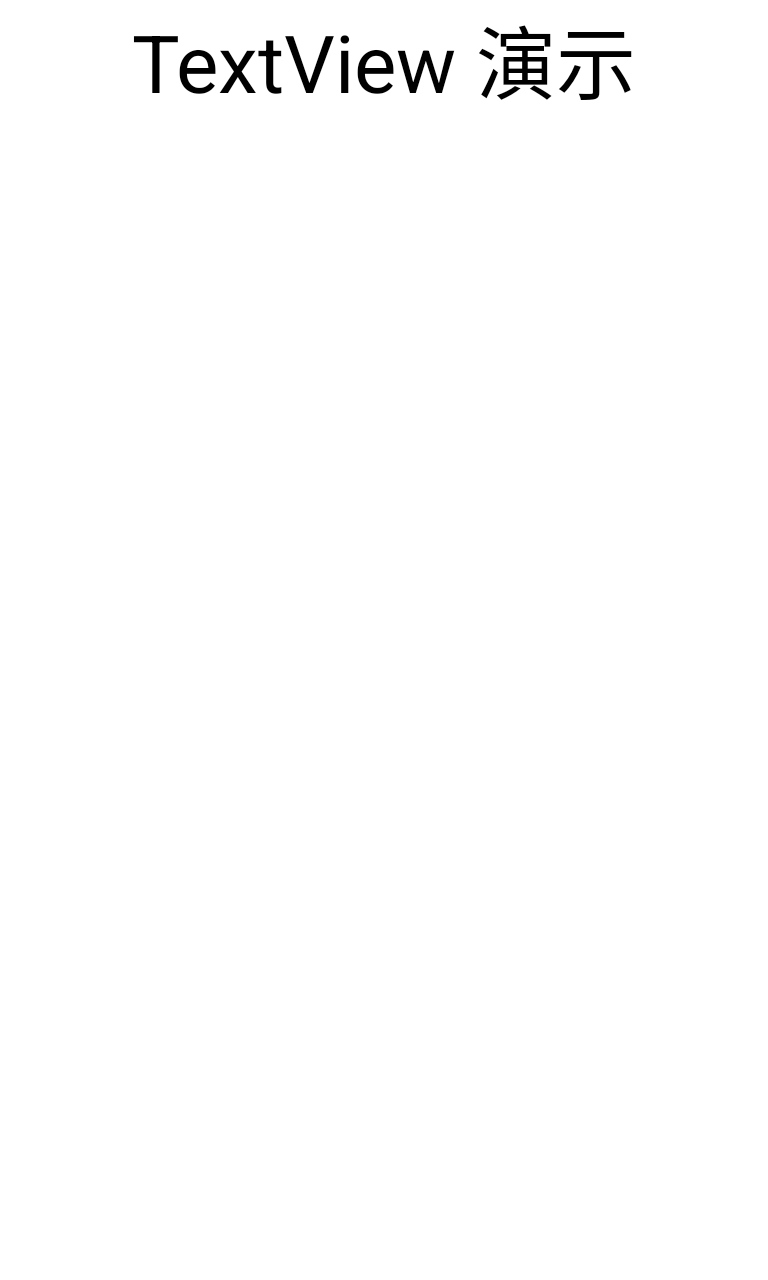
Repository: CiLiNet-Android/courseware
Layout: Android用户界面/TextView/SourceCodes/TextViewDemo/res/layout/activity_main.xml
These files come from the project's save history. The layout is drawn as it stood at one moment and after the next save; the edit follows.
It is drawn on a 768 x 1280 px phone screen (xhdpi) without system bars, with theme AppTheme; the app's code is not run.

Above is the layout before, as saved 2013-12-24 08:00:42.

### Android用户界面/TextView/SourceCodes/TextViewDemo/res/layout/activity_main.xml
<?xml version="1.0" encoding="utf-8"?>
<LinearLayout xmlns:android="http://schemas.android.com/apk/res/android"
    android:layout_width="match_parent"
    android:layout_height="match_parent"
    android:orientation="vertical" >

    <!-- Activity标题 -->
    <TextView
        android:layout_width="match_parent"
        android:layout_height="wrap_content"
        android:text="TextView 演示"
        android:textSize="40sp"
        android:textColor="#000"
        android:gravity="center_horizontal"/>

</LinearLayout>

### Android用户界面/TextView/SourceCodes/TextViewDemo/res/values/styles.xml
<resources>
    <style name="AppBaseTheme" parent="android:Theme.Light" />

    <!-- Application theme. -->
    <style name="AppTheme" parent="AppBaseTheme" />

    <!-- 日期样式 -->
    <style name="chat_text_date_style">
	    <item name="android:padding">2dp</item>
		<item name="android:textColor">#ffffff</item>
		<item name="android:textSize">12sp</item>
		<item name="android:background">#bfbfbf</item>
	</style>

    <!-- 聊天信息 -->
    <style name="chat_content_date_style">
	    <item name="android:minHeight">50dp</item>
	    <item name="android:gravity">left|center</item>
		<item name="android:textColor">#000000</item>
		<item name="android:textSize">15sp</item>
		<item name="android:lineSpacingExtra">2dp</item>
		<item name="android:clickable">true</item>
		<item name="android:focusable">true</item>
		<item name="android:background">#bfbfbf</item>
	</style>

    <!-- 发信人 -->
    <style name="chat_text_name_style">
		<item name="android:textColor">#818181</item>
		<item name="android:textSize">15sp</item>
		<item name="android:gravity">center</item>
	</style>

</resources>

After the next save:
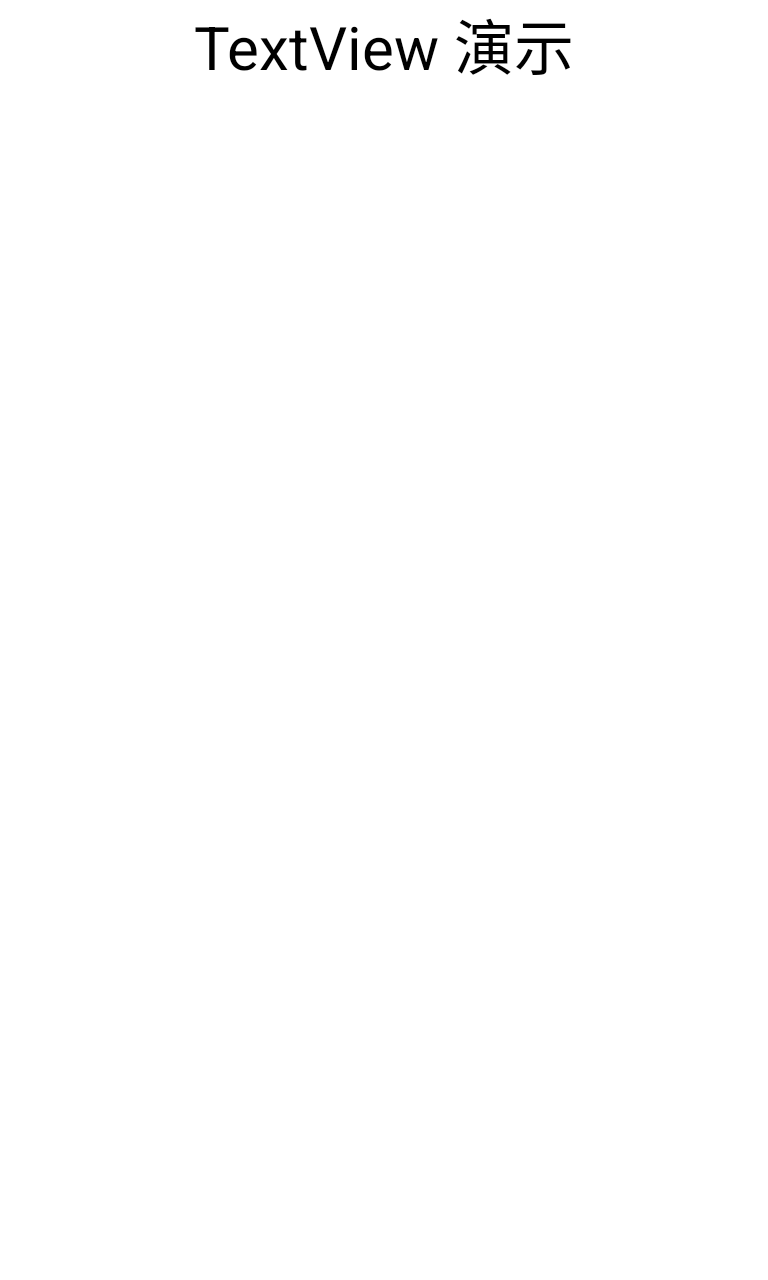
Saved 9 s later.
--- a/Android用户界面/TextView/SourceCodes/TextViewDemo/res/layout/activity_main.xml
+++ b/Android用户界面/TextView/SourceCodes/TextViewDemo/res/layout/activity_main.xml
@@ -9,7 +9,7 @@
         android:layout_width="match_parent"
         android:layout_height="wrap_content"
         android:text="TextView 演示"
-        android:textSize="40sp"
+        android:textSize="30sp"
         android:textColor="#000"
         android:gravity="center_horizontal"/>
 
